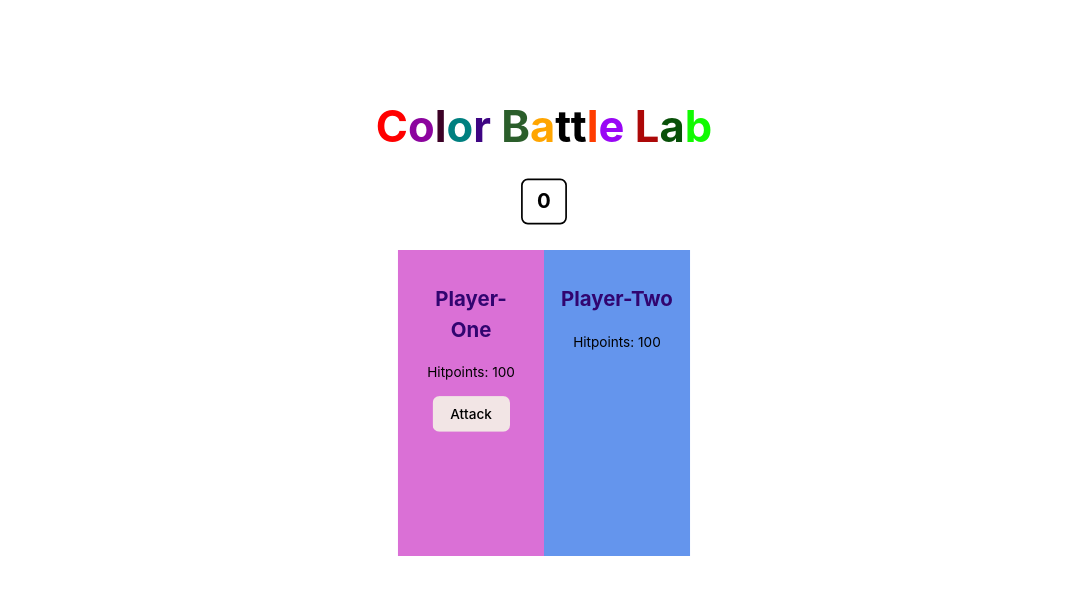
Repository: RAWdevX21/color-battle_lab-build
Page: /
An editor plug-in stored every save of this project. The page is shown before and after the next save, followed by the edit.
The browser window is 1280 px wide. The pictures show the whole page, at 85% of full size.
The project was rebuilt for these pictures with package versions that can differ from the ones it lists, and the page was loaded fresh each time. Also part of the build but not shown: vite.config.js.

Above is the page before, as saved 2023-08-17 03:23:08.

### index.html
<!doctype html>
<html lang="en">
  <head>
    <meta charset="UTF-8" />
    <link rel="icon" type="image/svg+xml" href="/vite.svg" />
    <meta name="viewport" content="width=device-width, initial-scale=1.0" />
    <title>Color Battle</title>
  </head>
  <body>
    <div id="root"></div>
    <script type="module" src="/src/main.jsx"></script>
  </body>
</html>

### src/App.jsx
import { useState } from "react";
import GameBanner from "./Components/GameBanner";
import Player from "./Components/PlayerInfo";
import "./App.css";

export default function App() {
  const [player1, setPlayer1] = useState({
    name: "Player-One",
    color: "orchid",
    hitpoints: 100,
    turn: true
  });

  const [player2, setPlayer2] = useState({
    name: "Player-Two",
    color: "cornflowerblue",
    hitpoints: 100,
    turn: false
  });

  const [dice, setDice] = useState(0);

  const handleAttack = (attacker, defender, setAttacker, setDefender) => {
    const damage = Math.floor(Math.random() * 6) + 1;
    setDice(damage);

    const updatedDefender = {
      ...defender,
      hitpoints: defender.hitpoints - damage
    };
    const updatedAttacker = { ...attacker, turn: false };

    setDefender(updatedDefender);
    setAttacker(updatedAttacker);

    // Switch turns
    if (attacker === player1) {
      setPlayer2({ ...player2, turn: true });
    } else {
      setPlayer1({ ...player1, turn: true });
    }

    // Check for game over
    if (updatedDefender.hitpoints <= 0) {
      alert(`${attacker.name} wins!`);
      // Reset game or any other logic you want to add
    }
  };

  return (
    <>
      <div className="wrapper">
        <GameBanner damagePoints={dice} />

        <div className="players-container">
          <div className="player-wrapper">
            <Player
              player={player1}
              onAttack={() =>
                handleAttack(player1, player2, setPlayer1, setPlayer2)
              }
            />
          </div>
          <div className="player-wrapper">
            <Player
              player={player2}
              onAttack={() =>
                handleAttack(player2, player1, setPlayer2, setPlayer1)
              }
            />
          </div>
        </div>
      </div>
    </>
  );
}

### src/index.css
:root {
  font-family: Inter, system-ui, Avenir, Helvetica, Arial, sans-serif;
  line-height: 1.5;
  font-weight: 400;

  color-scheme: light dark;
  background-color: #242424;

}

a {
  font-weight: 500;
  /* color: #646cff; */
  text-decoration: inherit;
}
a:hover {
  /* color: #535bf2; */
}

body {
  margin: 0;
  display: flex;
  place-items: center;
  min-width: 320px;
  min-height: 100vh;
}

h1 {
  font-size: 3.2em;
  line-height: 1.1;
}

button {
  border-radius: 8px;
  border: 1px solid transparent;
  padding: 0.6em 1.2em;
  font-size: 1em;
  font-weight: 500;
  font-family: inherit;
  background-color: #1a1a1a;
  cursor: pointer;
  transition: border-color 0.25s;
}
button:hover {
  border-color: #646cff;
}
button:focus,
button:focus-visible {
  outline: 4px auto -webkit-focus-ring-color;
}

@media (prefers-color-scheme: light) {
  :root {
    background-color: #ffffff;
  }
  a:hover {
    color: #747bff;
  }
  button {
    background-color: #f9f9f9;
  }
}

### src/Components/GameBanner.jsx
import './GameBanner.css';
import Die from "./Die";

const GameBanner = ({ damagePoints }) => {
    return (
      <div className="banner">
        <h1>
          <span className="banner--c">C</span>
          <span className="banner--o">o</span>
          <span className="banner--l">l</span>
          <span className="banner--o2">o</span>
          <span className="banner--r">r</span>
          &nbsp;
          <span className="banner--b">B</span>
          <span className="banner--a">a</span>
          <span className="banner--t">t</span>
          <span className="banner--t">t</span>
          <span className="banner--l2">l</span>
          <span className="banner--e">e</span>
          &nbsp;
          <span className="banner--l3">L</span>
          <span className="banner--a2">a</span>
          <span className="banner--b2">b</span>
        </h1>
        <div className="damage-points">
          <Die value={damagePoints} />
        </div>
      </div>
    );
}

export default GameBanner;

### src/Components/PlayerInfo.jsx
import "./PlayerInfo.css";

const Player = ({ player, onAttack }) => {
  return (
    <div className="player" style={{ backgroundColor: player.color }}>
      <h2>{player.name}</h2>
      <p>Hitpoints: {player.hitpoints}</p>
      {player.turn && (
        <button className="attack-button" onClick={onAttack}>
          Attack
        </button>
      )}
    </div>
  );
};

export default Player;

### src/App.css
#root {
  margin: 0 auto;
  padding: 2rem;
  text-align: center;
}

h2 {
  color: rgb(49, 5, 112);
}

.players-container {
  display: flex;
  align-items: stretch;
  margin: 0 10em;
}

.player-wrapper {
  flex: 1;
  height: 50vh !important;
  min-height: 50vh !important;
  box-sizing: border-box;
  overflow: hidden !important;
}
.player-wrappers, .players-container {
    margin: 20 rem;
    padding: 0;
}

### src/Components/GameBanner.css
.banner {
    text-align: center;
    padding: 20px;
    background-color: #ffffff;
    color: black;
}

.damage-points {
    margin-top: 10px;
    font-size: 6rem;
}

.banner h1 span.banner--c { color: red; }
.banner h1 span.banner--o { color: rgb(140, 4, 158); }
.banner h1 span.banner--l { color: rgb(60, 1, 38); }
.banner h1 span.banner--o2 { color: teal; }
.banner h1 span.banner--r { color: rgb(62, 5, 131); }
.banner h1 span.banner--b { color: rgb(43, 94, 43); }
.banner h1 span.banner--a { color: orange; }
.banner h1 span.banner--t { color: black; }
.banner h1 span.banner--l2 { color: rgb(255, 60, 0); }
.banner h1 span.banner--e { color: rgb(153, 7, 245); }
.banner h1 span.banner--l3 { color: rgb(172, 8, 8); }
.banner h1 span.banner--a2 { color: rgb(8, 80, 8); }
.banner h1 span.banner--b2 { color: rgb(17, 250, 1); }

### src/Components/Die.jsx
import "./Die.css";

const Die = ({ value }) => {
  return <div className="die-container">{value}</div>;
};

export default Die;

### src/Components/PlayerInfo.css
div.player {
    height: 30rem; /* Adjust this value to your preference */
    overflow: hidden; /* This will ensure content exceeding the height won't be visible */
}

.player {
    padding: 20px;
    box-sizing: border-box;
    background-color: #f5f5f5;
}

.attack-button {
    padding: 10px 20px;
    background-color: rgb(242, 229, 229);
    color: black;
    cursor: pointer;
}

### src/Components/Die.css
.die {
    text-align: center;
    font-size: 20px;
    margin-top: 20px;
}

.die-container {
    width: 50px;
    height: 50px;
    border: 2px solid black;
    border-radius: 8px;
    display: flex;
    align-items: center;
    justify-content: center;
    font-size: 24px;
    font-weight: bold;
    margin: 10px auto;
}

Loaded but not shown: src/main.jsx (common file)

After the next save:
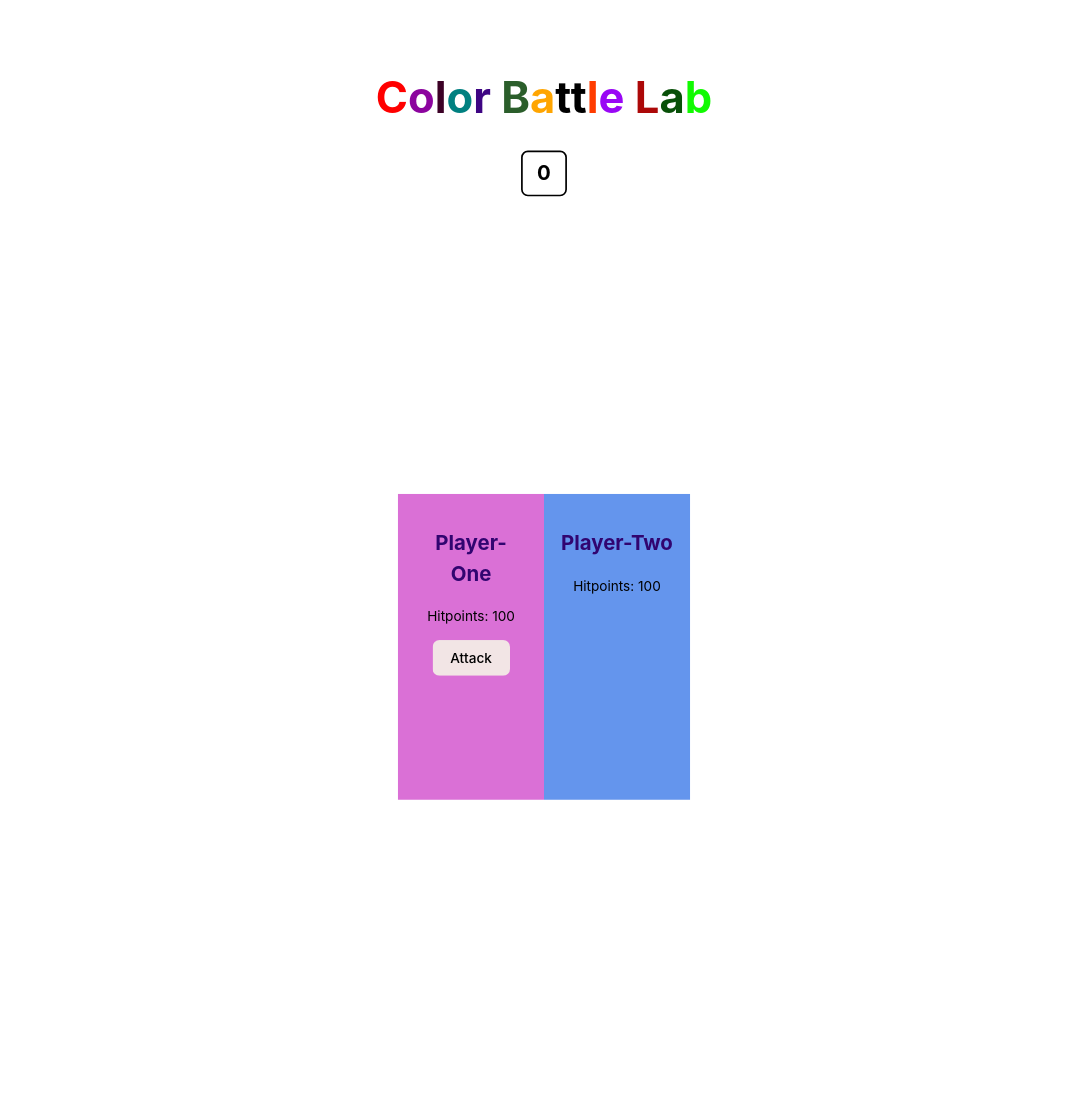
Saved 21 s later.
--- a/src/App.css
+++ b/src/App.css
@@ -22,6 +22,6 @@
   overflow: hidden !important;
 }
 .player-wrappers, .players-container {
-    margin: 20 rem;
-    padding: 0;
+    margin: 0;
+    padding: 20rem;
 }

After the save that followed:
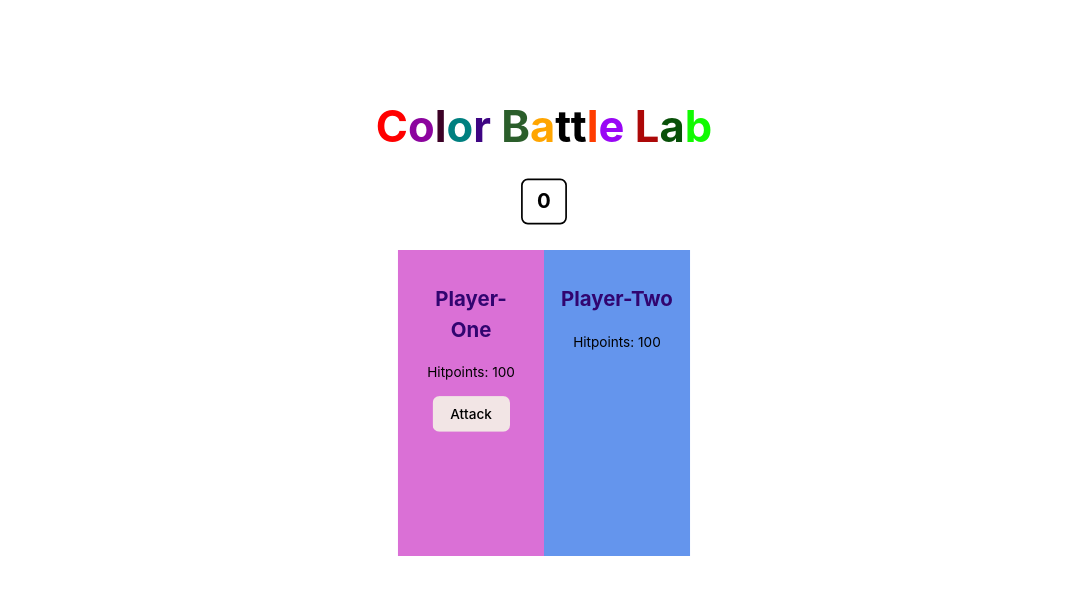
Saved 7 s later.
--- a/src/App.css
+++ b/src/App.css
@@ -21,7 +21,3 @@
   box-sizing: border-box;
   overflow: hidden !important;
 }
-.player-wrappers, .players-container {
-    margin: 0;
-    padding: 20rem;
-}
